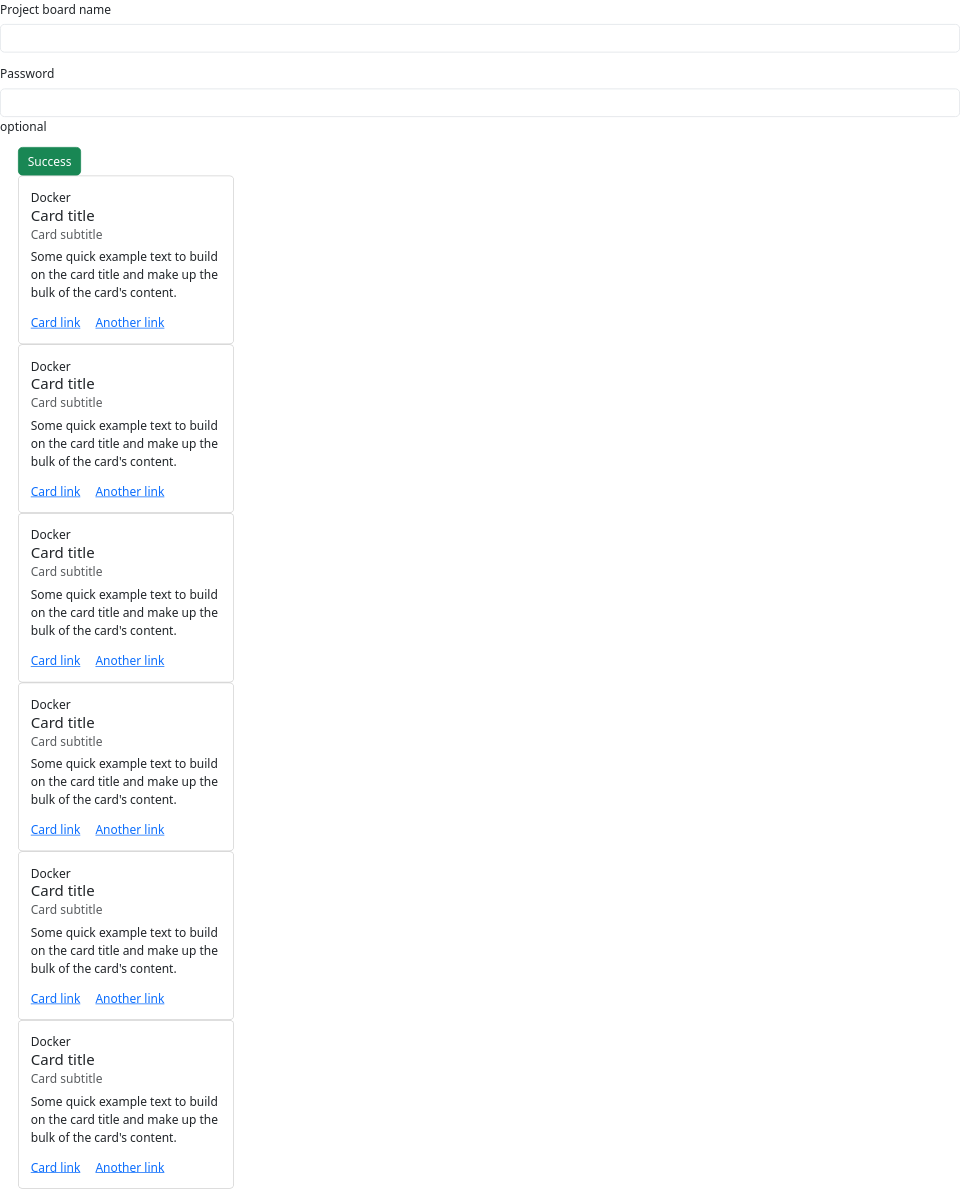
Repository: NSS-Evening-25-Cohort/e25-gitsub-control-alt-defeat
Page: index.html
The author's editor kept a copy of each file at every save. The page is drawn from the files as they stood at one save, then again after the next save.
The browser window is 1280 px wide. The pictures show the whole page, at 75% of full size.

Above is the page before, as saved 2023-11-06 21:13:18.

### index.html
<!DOCTYPE html>
<html lang="en">
  <head>
    <meta charset="UTF-8" />
    <meta name="viewport" content="width=device-width, initial-scale=1.0" />
    <link
      rel="stylesheet"
      href="https://cdn.jsdelivr.net/npm/bootstrap@5.3.2/dist/css/bootstrap.min.css"
    />
    <link rel="stylesheet" href="main.css" />
    <title>Document</title>
  </head>
  <body>
    <form>
      <div class="mb-3">
        <label for="exampleInputEmail1" class="form-label">Project board name</label>
        <input type="email" class="form-control" id="exampleInputEmail1" aria-describedby="emailHelp">
      </div>
      <div class="mb-3">
        <label for="exampleInputPassword1" class="form-label">Password</label>
        <input type="text" class="form-control" id="description"> optional
      </div>
      <div class="mb-3 form-check">
        <button type="button" class="btn btn-success">Success</button>
    </form>
    <div id="app1"></div>
    <div id="app2"></div>

    <script src="	https://cdn.jsdelivr.net/npm/bootstrap@5.3.2/dist/js/bootstrap.bundle.min.js"></script>
    <script src="main.js"></script>
  </body>
</html>

### main.css
/* body {
  background-color: black;
} */

### main.js
const packageCards =[
  {
    id: 1,
    name: "Docker",
    info: "A software platform used for building applications based on containers small and lightweight execution environments",
  },
  {
    id: 2,
    name: "Docker",
    info: "A software platform used for building applications based on containers small and lightweight execution environments"
  },
  {
    id: 3,
    name: "Docker",
    info: "A software platform used for building applications based on containers small and lightweight execution environments"
  },
  {
    id: 4,
    img: "image",
    name: "Docker",
    info: "A software platform used for building applications based on containers small and lightweight execution environments"
  },
  {
    id: 5,
    img: "image",
    name: "Docker",
    info: "A software platform used for building applications based on containers small and lightweight execution environments"
  },
  {
    id: 6,
    img: "image",
    name: "Docker",
    info: "A software platform used for building applications based on containers small and lightweight execution environments"
  },
];

const app1 = document.querySelector("#app1")
const app2 = document.querySelector("#app2")

const renderToDom = (packageCards) =>{

  let domString = "";

  for(let card of packageCards){
    domString += `<div class="card" style="width: 18rem;">
    <div class="card-body"> ${card.name}
      <h5 class="card-title">Card title</h5>
      <h6 class="card-subtitle mb-2 text-body-secondary">Card subtitle</h6>
      <p class="card-text">Some quick example text to build on the card title and make up the bulk of the card's content.</p>
      <a href="#" class="card-link">Card link</a>
      <a href="#" class="card-link">Another link</a>
    </div>
  </div>`
  }
  const app1 = document.querySelector("#app1")
  app1.innerHTML = domString
}
renderToDom(packageCards)

After the next save:
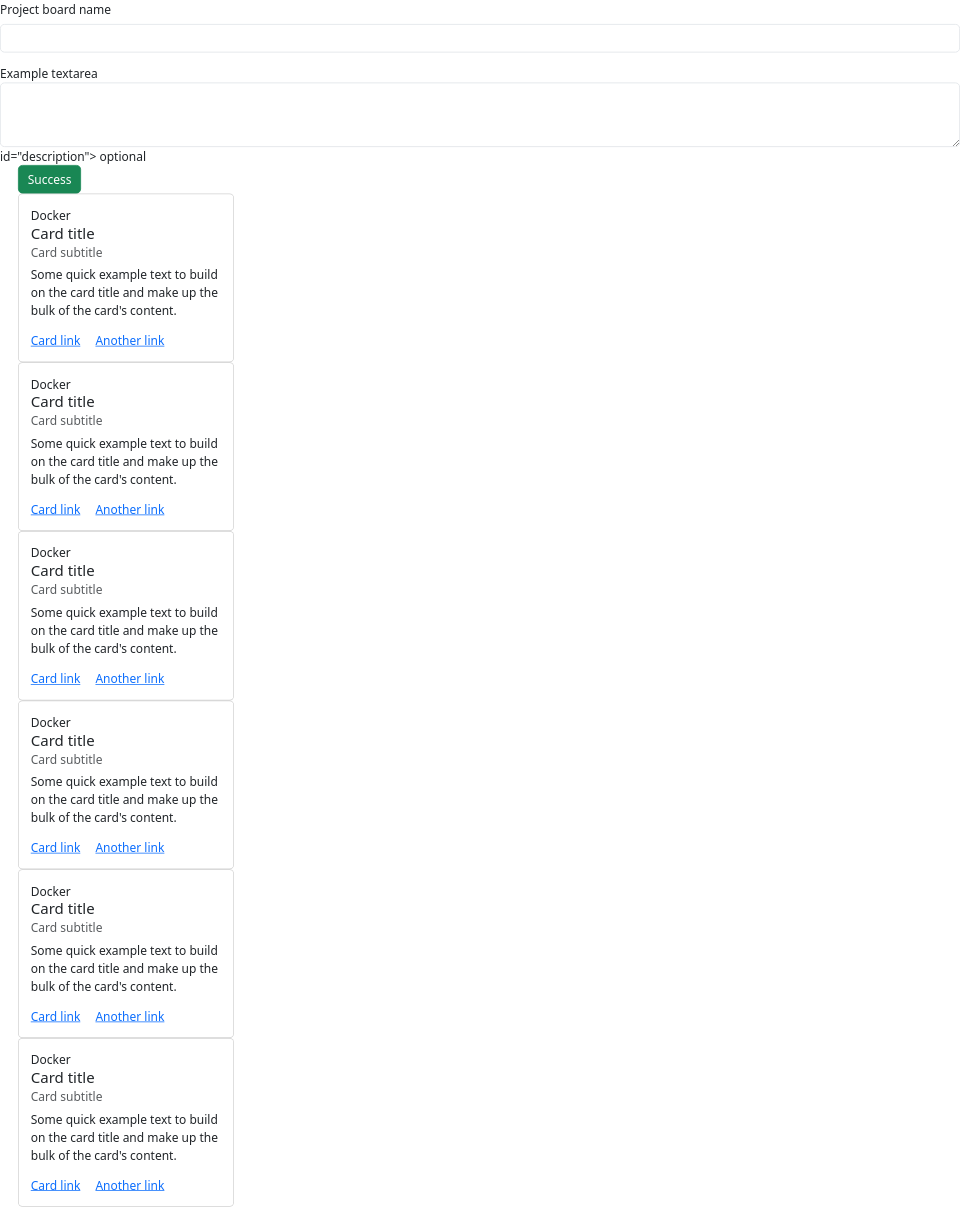
Saved 2 s later.
--- a/index.html
+++ b/index.html
@@ -16,9 +16,10 @@
         <label for="exampleInputEmail1" class="form-label">Project board name</label>
         <input type="email" class="form-control" id="exampleInputEmail1" aria-describedby="emailHelp">
       </div>
-      <div class="mb-3">
-        <label for="exampleInputPassword1" class="form-label">Password</label>
-        <input type="text" class="form-control" id="description"> optional
+      <div class="form-group">
+        <label for="exampleFormControlTextarea1">Example textarea</label>
+        <textarea class="form-control" id="exampleFormControlTextarea1" rows="3"></textarea>
+      </div> id="description"> optional
       </div>
       <div class="mb-3 form-check">
         <button type="button" class="btn btn-success">Success</button>
